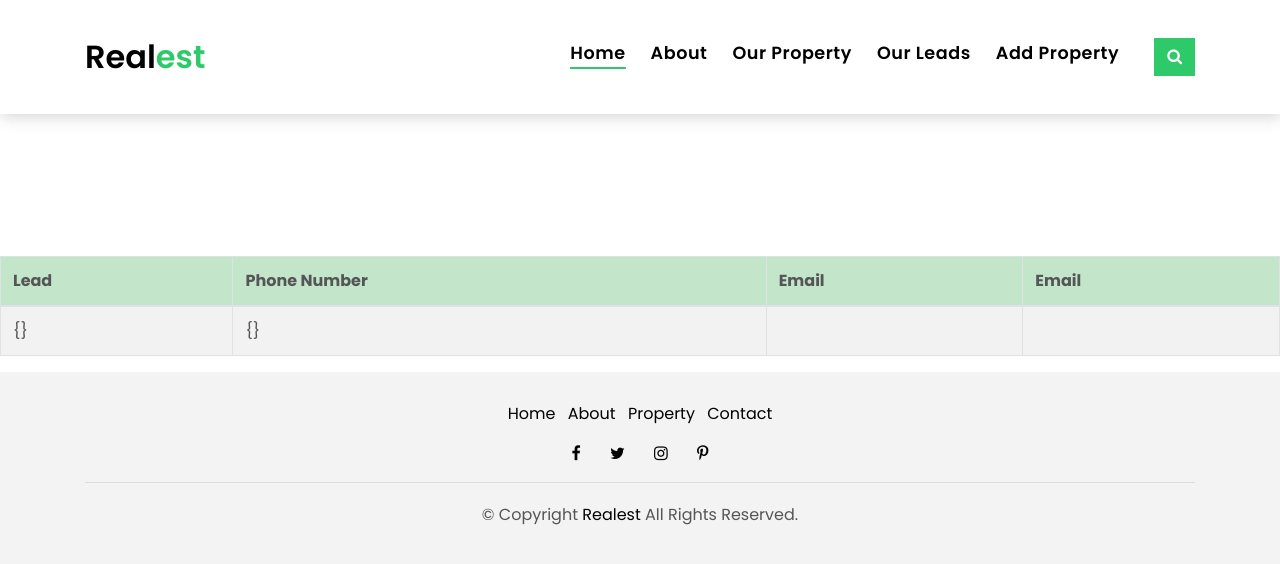
Repository: danaalhaji/realest
Page: http://localhost/realeast/WEB-INF/companyLeads.jsp
These files come from the project's save history. The page is drawn as it stood at one moment and after the next save; the edit follows.
The browser window is 1280 px wide. The pictures show the whole page.
The page is served by Tomcat 9. Nobody is signed in. Other server files are loaded and not shown. The template is opened directly, without the code that normally fills it, so the values that code supplies are empty.

Above is the page before, as saved 2022-11-23 07:52:23.

### realeast/src/main/webapp/WEB-INF/companyLeads.jsp
<%@ page language="java" contentType="text/html; charset=UTF-8"
	pageEncoding="UTF-8"%>
<!-- c:out ; c:forEach etc. -->
<%@taglib uri="http://java.sun.com/jsp/jstl/core" prefix="c"%>
<!-- Formatting (dates) -->
<%@taglib uri="http://java.sun.com/jsp/jstl/fmt" prefix="fmt"%>
<!-- form:form -->
<%@ taglib prefix="form" uri="http://www.springframework.org/tags/form"%>
<!-- for rendering errors on PUT routes -->
<%@ page isErrorPage="true"%>

<!DOCTYPE html>
<html lang="en">
<head>
<meta charset="utf-8" />
<title>Realest</title>
<meta content="width=device-width, initial-scale=1.0" name="viewport" />
<meta content="" name="keywords" />
<meta content="" name="description" />
<base href="/">

<!-- Bootstrap CSS File -->
<link rel="stylesheet" href="/webjars/bootstrap/css/bootstrap.min.css" />
<link rel="stylesheet" href="css/style.css" />
<!-- Google Fonts -->
<link
	href="https://fonts.googleapis.com/css?family=Poppins:300,400,500,600,700"
	rel="stylesheet" />
<link href="img/favicon1.png" rel="icon" />
<link href="img/apple-touch-icon.png" rel="apple-touch-icon" />
<!-- Libraries CSS Files -->
<link href="lib/font-awesome/css/font-awesome.min.css" rel="stylesheet" />
<link href="lib/animate/animate.min.css" rel="stylesheet" />
<link href="lib/ionicons/css/ionicons.min.css" rel="stylesheet" />
<link href="lib/owlcarousel/assets/owl.carousel.min.css"
	rel="stylesheet" />
<!-- JavaScript Libraries -->
<script src="lib/jquery/jquery.min.js" defer></script>
<script src="lib/jquery/jquery-migrate.min.js" defer></script>
<script src="/webjars/jquery/jquery.min.js" defer></script>
<script src="lib/scrollreveal/scrollreveal.min.js" defer></script>
<script src="lib/owlcarousel/owl.carousel.min.js" defer></script>
<script type="text/javascript" src="js/main.js" defer></script>
<script src="lib/popper/popper.min.js" defer></script>
<script src="lib/bootstrap/js/bootstrap.min.js" defer></script>
<script src="lib/easing/easing.min.js" defer></script>
<script src="/webjars/bootstrap/js/bootstrap.min.js" defer></script>
<script src="./libs/jquery/1.10.1/jquery.min.js"></script>
</head>
<body>
	<div class="click-closed"></div>
	<!--/ Form Search Star /-->
	<div class="box-collapse">
		<div class="title-box-d">
			<h3 class="title-d">Search Property</h3>
		</div>
		<span class="close-box-collapse right-boxed ion-ios-close"></span>
		<div class="box-collapse-wrap form">
			<form class="form-a">
				<div class="row">
					<div class="col-md-12 mb-2">
						<div class="form-group">
							<label for="Type">Location</label> <input type="text"
								class="form-control form-control-lg form-control-a"
								placeholder="Location" />
						</div>
					</div>
					<div class="col-md-6 mb-2">
						<div class="form-group">
							<label for="Type">Starting Price</label> <input type="number"
								class="form-control form-control-lg form-control-a"
								placeholder="Starting Price" />
						</div>
					</div>
					<div class="col-md-6 mb-2">
						<div class="form-group">
							<label for="Type">Ending Price</label> <input type="number"
								class="form-control form-control-lg form-control-a"
								placeholder="Ending Price" />
						</div>
					</div>
					<div class="col-md-6 mb-2">
						<div class="form-group">
							<label for="Type">Starting Area</label> <input type="number"
								class="form-control form-control-lg form-control-a"
								placeholder="Starting Area" />
						</div>
					</div>
					<div class="col-md-6 mb-2">
						<div class="form-group">
							<label for="Type">Ending Area</label> <input type="number"
								class="form-control form-control-lg form-control-a"
								placeholder="Ending Area" />
						</div>
					</div>
					<div class="col-md-6 mb-2">
						<div class="form-group">
							<label for="bathrooms">Status</label> <select
								class="form-control form-control-lg form-control-a"
								id="bathrooms">
								<option>Under Construction</option>
								<option>Move-in ready</option>
							</select>
						</div>
					</div>
					<div class="col-md-6 mb-2">
						<div class="form-group">
							<label for="price">Payment method</label> <select
								class="form-control form-control-lg form-control-a" id="price">
								<option>Cash</option>
								<option>Loans</option>
								<option>Cheques</option>
							</select>
						</div>
					</div>
					<div class="col-md-12">
						<button type="submit" class="btn btn-b">Search Property</button>
					</div>
				</div>
			</form>
		</div>
	</div>
	<!--/ Form Search End /-->

	<!--/ Nav Star /-->
	<nav
		class="navbar navbar-default navbar-trans navbar-expand-lg fixed-top">
		<div class="container">
			<button class="navbar-toggler collapsed" type="button"
				data-toggle="collapse" data-target="#navbarDefault"
				aria-controls="navbarDefault" aria-expanded="false"
				aria-label="Toggle navigation">
				<span></span> <span></span> <span></span>
			</button>
			<a class="navbar-brand text-brand" href="/">Real<span
				class="color-b">est</span></a>
			<button type="button"
				class="btn btn-link nav-search navbar-toggle-box-collapse d-md-none"
				data-toggle="collapse" data-target="#navbarTogglerDemo01"
				aria-expanded="false">
				<span class="fa fa-search" aria-hidden="true"></span>
			</button>
			<div></div>
			<div class="navbar-collapse collapse d-flex flex-row-reverse"
				id="navbarDefault">
				<ul class="navbar-nav">
					<li class="nav-item"><a class="nav-link active" href="/">Home</a></li>
					<li class="nav-item"><a class="nav-link" href="/about">About</a>
					</li>
					<li class="nav-item"><a class="nav-link"
						href="/companyProperty">Our Property</a></li>
					<li class="nav-item"><a class="nav-link" href="/companyLeads">Our
							Leads</a></li>
					<li class="nav-item"><a class="nav-link" href="new/project">Add
							Property</a></li>
					<li class="nav-item"><c:if test="${company_id != null}">
							<a href="/logoutcustomer" class="btn btn-dark btn-sm btn-block">Sign
								out</a>
						</c:if></li>
				</ul>
			</div>
			<button type="button"
				class="btn btn-b-n navbar-toggle-box-collapse d-none d-md-block"
				data-toggle="collapse" data-target="#navbarTogglerDemo01"
				aria-expanded="false">
				<span class="fa fa-search" aria-hidden="true"></span>
			</button>
		</div>
	</nav>


	<main style="margin-top: 20%;">
		<section class="trees-users-table">
			<table class="table table-striped table-bordered">
				<thead>
					<tr class="table-success">
						<th scope="col">Lead</th>
						<th scope="col">Phone Number</th>
						<th scope="col">Email</th>
						<th scope="col">Email</th>
					</tr>
				</thead>
				<tbody>

					<tr>
						<td>{}</td>
						<td>{}</td>
						<td></td>
						<td></td>
					</tr>

				</tbody>
			</table>
		</section>
	</main>


	<footer>
		<div class="container">
			<div class="row">
				<div class="col-md-12">
					<nav class="nav-footer">
						<ul class="list-inline">
							<li class="list-inline-item"><a href="#">Home</a></li>
							<li class="list-inline-item"><a href="/about">About</a></li>
							<li class="list-inline-item"><a href="/property">Property</a></li>
							<li class="list-inline-item"><a href="/contact">Contact</a></li>
						</ul>
					</nav>
					<div class="socials-a">
						<ul class="list-inline">
							<li class="list-inline-item"><a href="#"> <i
									class="fa fa-facebook" aria-hidden="true"></i>
							</a></li>
							<li class="list-inline-item"><a href="#"> <i
									class="fa fa-twitter" aria-hidden="true"></i>
							</a></li>
							<li class="list-inline-item"><a href="#"> <i
									class="fa fa-instagram" aria-hidden="true"></i>
							</a></li>
							<li class="list-inline-item"><a href="#"> <i
									class="fa fa-pinterest-p" aria-hidden="true"></i>
							</a></li>
						</ul>
					</div>
					<div class="copyright-footer">
						<p class="copyright color-text-a">
							&copy; Copyright <span class="color-a">Realest</span> All Rights
							Reserved.
						</p>
					</div>
				</div>
			</div>
		</div>
	</footer>
	<!--/ Footer End /-->

	<a href="#" class="back-to-top"><i class="fa fa-chevron-up"></i></a>
	<div id="preloader"></div>
</body>
</html>

Loaded but not shown: realeast/src/main/resources/static/lib/bootstrap/css/bootstrap.min.css (library); realeast/src/main/resources/static/lib/font-awesome/css/font-awesome.min.css (library); realeast/src/main/resources/static/lib/animate/animate.min.css (library); realeast/src/main/resources/static/lib/ionicons/css/ionicons.min.css (library); realeast/src/main/resources/static/lib/owlcarousel/assets/owl.carousel.min.css (library); realeast/src/main/resources/static/lib/jquery/jquery.min.js (library); realeast/src/main/resources/static/lib/jquery/jquery-migrate.min.js (library); realeast/src/main/resources/static/lib/scrollreveal/scrollreveal.min.js (library); realeast/src/main/resources/static/lib/owlcarousel/owl.carousel.min.js (library); realeast/src/main/resources/static/lib/popper/popper.min.js (library); realeast/src/main/resources/static/lib/bootstrap/js/bootstrap.min.js (library); realeast/src/main/resources/static/lib/easing/easing.min.js (common file); realeast/src/main/resources/static/js/main.js (150 lines, source omitted); realeast/src/main/resources/static/css/style.css (2038 lines, source omitted)

After the next save:
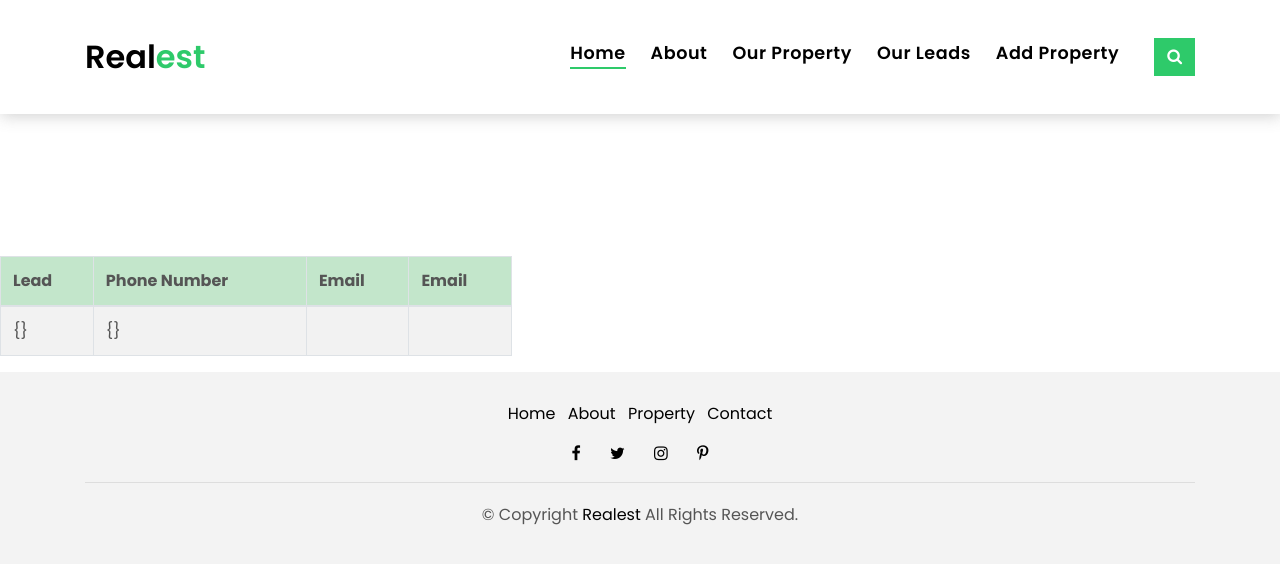
Saved 16 s later.
--- a/realeast/src/main/webapp/WEB-INF/companyLeads.jsp
+++ b/realeast/src/main/webapp/WEB-INF/companyLeads.jsp
@@ -169,7 +169,7 @@
 	</nav>
 
 
-	<main style="margin-top: 20%;">
+	<main style="margin-top: 20%; width: 40%;">
 		<section class="trees-users-table">
 			<table class="table table-striped table-bordered">
 				<thead>
